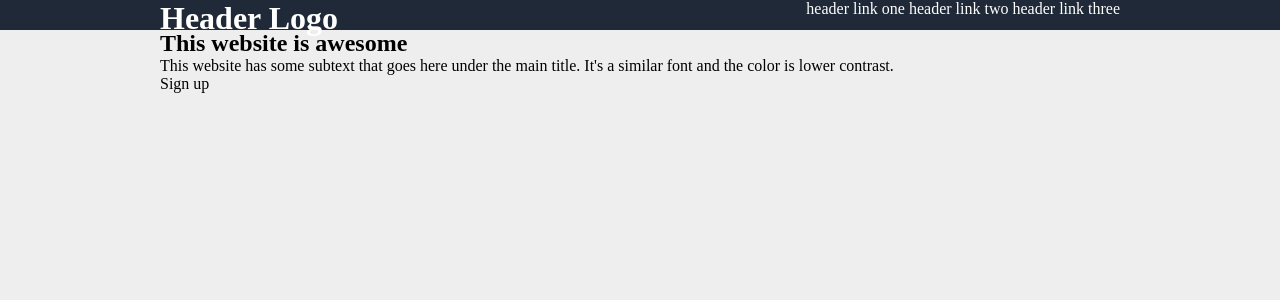
Repository: Pafestivo/Dummy-Landing-Page
Page: index.html
The author's editor kept a copy of each file at every save. The page is drawn from the files as they stood at one save, then again after the next save.
The browser window is 1280 px wide. The pictures show the whole page.

Above is the page before, as saved 2022-09-26 17:44:13.

After the next save:
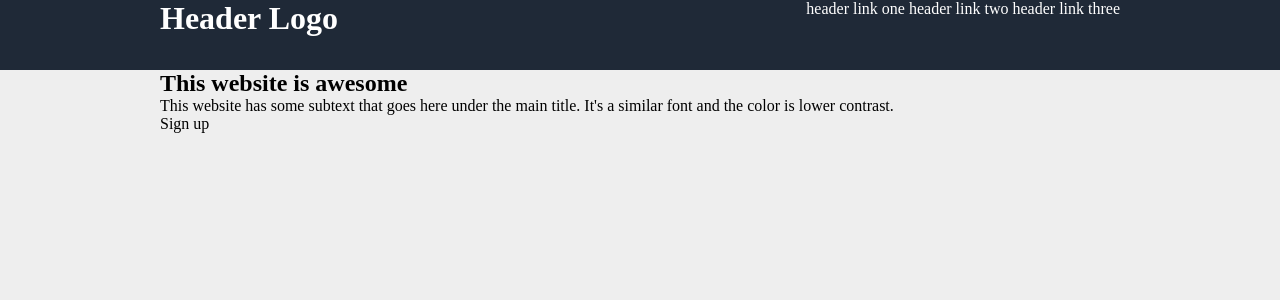
Saved 4 s later.
--- a/styles.css
+++ b/styles.css
@@ -23,7 +23,7 @@ a {
 header {
   background-color: #1F2937;
   color: #fff;
-  height: 30px;
+  height: 70px;
 }
 
 header .container {
